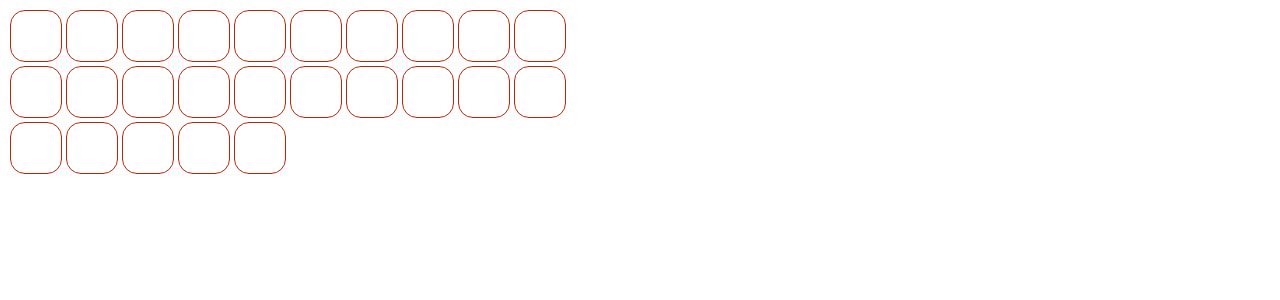
Repository: LechCieslak/anchor_and_anchois
Page: index.html
An editor plug-in stored every save of this project. The page is shown before and after a run of saves, followed by the edit.
The browser window is 1280 px wide. The pictures show the whole page.

Above is the page before, as saved 2020-04-20 21:54:14.

### index.html
<!DOCTYPE html>
<html lang="pl">
<head>
    <meta charset="UTF-8">
    <meta name="viewport" content="width=device-width, initial-scale=1.0">
    <meta http-equiv="X-UA-Compatible" content="ie=edge">
    <link rel="stylesheet" href="style.css">
    <title>myPaint</title>
</head>
<body>

    <div class="row">
        <div class="field" onclick="boberFunc()"></div>
        <div class="field" onclick="boberFunc2()"></div>
        <div class="field" onclick="boberFunc()"></div>
        <div class="field" onclick="boberFunc()"></div>
        <div class="field"></div>
        <div class="field"></div>
        <div class="field"></div>
        <div class="field"></div>
        <div class="field"></div>
        <div class="field"></div>

        <div class="field"></div>
        <div class="field"></div>
        <div class="field"></div>
        <div class="field"></div>
        <div class="field"></div>
        <div class="field"></div>
        <div class="field"></div>
        <div class="field"></div>
        <div class="field"></div>
        <div class="field"></div>

        <div class="field"></div>
        <div class="field"></div>
        <div class="field"></div>
        <div class="field"></div>
        <div class="field"></div>
    </div>

    <!-- <button onclick="boberFunc()">click me</button> -->



    <script src="app.js"></script>
</body>
</div></htm>

### style.css
* {
    padding: 0;
    margin: 0;
}

.row {
    display: inline-block;
    width: 560px;
    margin: 10px;
 }

.field {
    display: inline-block;
    border: 1px solid #be2409;
    border-radius: 15px;
    width: 50px;
    height: 50px;
}

.field:hover {
    background-color: #be2409;
    /* background-image: url(images/face.png); */
}

.field:active {
    background-image: url(images/face.png);
    background-color: #09be21;
}

### app.js
let ter = new Date;

boberFunc = () => {
    console.log("1. div");
}

boberFunc2 = () => {
    console.log(ter.getHours()+":"+ter.getMinutes()+":"+ter.getSeconds());
console.log(ter.getTime())
}

After the next 2 saves:
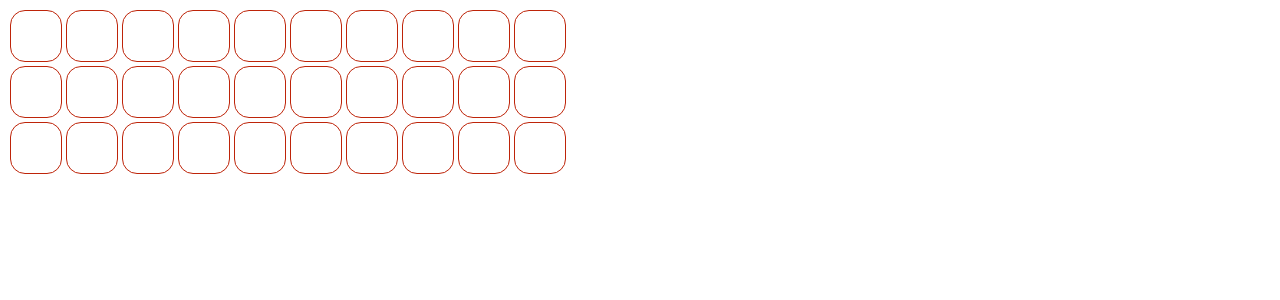
The 2 saves are shown as one change because they came seconds apart.
The last was saved 10 s later.
--- a/index.html
+++ b/index.html
@@ -37,6 +37,13 @@
         <div class="field"></div>
         <div class="field"></div>
         <div class="field"></div>
+        <div class="field"></div>
+        <div class="field"></div>
+        <div class="field"></div>
+        <div class="field"></div>
+        <div class="field"></div>
+
+
     </div>
 
     <!-- <button onclick="boberFunc()">click me</button> -->
